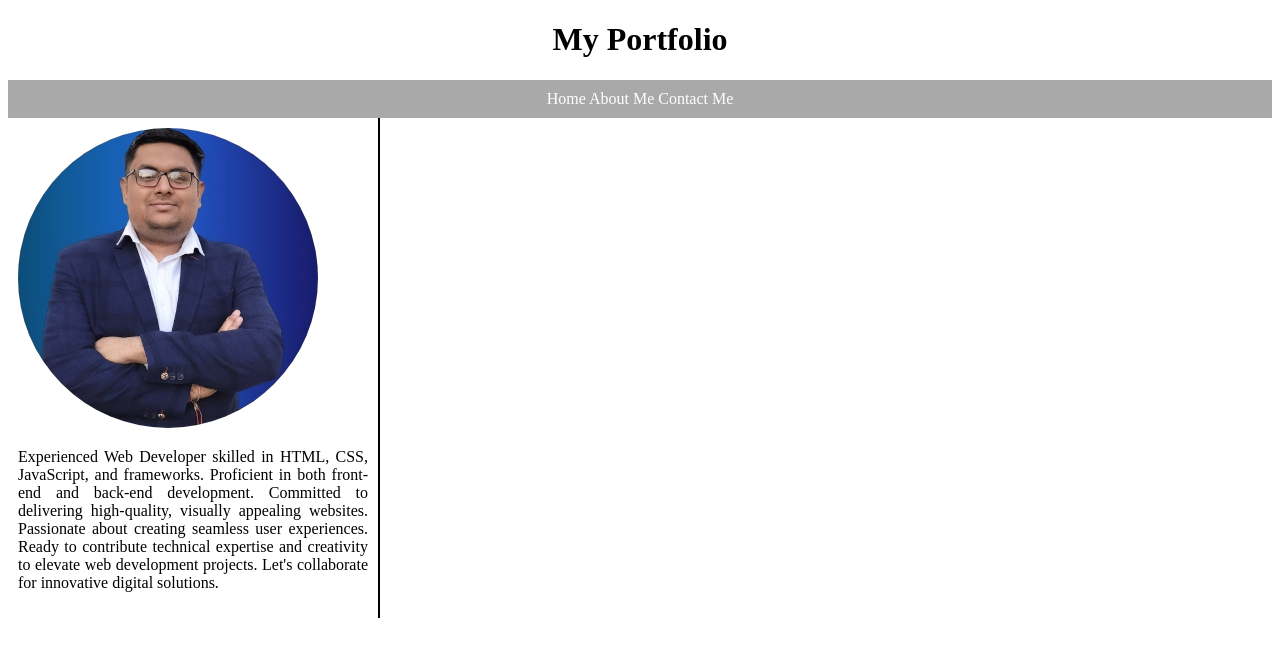
Repository: harshitanthal1/my_portfolio
Page: index.html
An editor plug-in stored every save of this project. The page is shown before and after the next save, followed by the edit.
The browser window is 1280 px wide. The pictures show the whole page.

Above is the page before, as saved 2024-02-04 10:23:40.

### index.html
<!DOCTYPE html>
<html lang="en">
<head>
    <meta charset="UTF-8">
    <meta name="viewport" content="width=device-width, initial-scale=1.0">
    <title>My Portfolio</title>
    <link rel="stylesheet" href="styles/styles.css" />
</head>
<body>
    <header><h1>My Portfolio</h1></header>
    <nav>
        <a href="index.html" target="_blank">Home</a></li>
        <a href="aboutme.html" target="_blank" >About Me</a></li>
        <a href="contactme.html" target="_blank" >Contact Me</a></li>
    </nav>
    <div id="profile">
        <img src="images/my_pic.jpg" width="300px" alt="Avatar" />
        <p>
            Experienced Web Developer skilled in HTML, CSS, JavaScript, and frameworks. Proficient in both front-end and back-end development. Committed to delivering high-quality, visually appealing websites. Passionate about creating seamless user experiences. Ready to contribute technical expertise and creativity to elevate web development projects. Let's collaborate for innovative digital solutions.
        </p>
    </div>

</body>
</html>

### styles/styles.css
header {
    text-align: center;
}

nav {
    background-color: darkgrey;
    color: white;
    padding: 10px;
    text-align: center;
}

li {
    display: inline;
    margin-right: 20px;
    margin-left: 20px;
}

a {
    text-decoration: none;
    color: white;
}

main {
    display: flex;
    flex-direction: row;
}

#profile {
    width: 29%;
    margin-right: 1%;;
    padding: 10px;
    width: 350px;
    border-right: 2px solid black;
}

#info {
    display: flex;
    width: 70%;
    justify-content: space-around;
}

.sub-box {
    width: 30%;
    border: 1.5px solid black;
    border-radius: 25px;
    padding: 10px;
}

h3 {
    text-align: center;
    border-bottom: 1.5px solid black;

}

p {
    text-align: justify;
}

img {
    border-radius: 50%;
}

h2 {
    text-align: center;
}

After the next save:
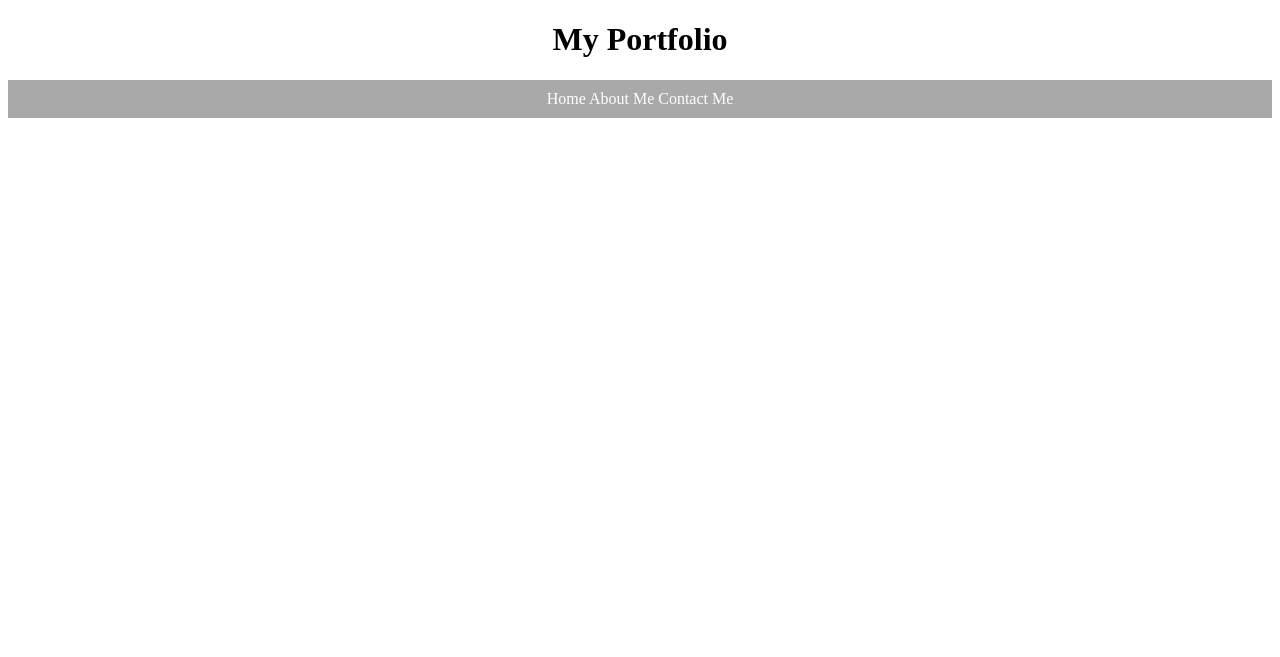
Saved 80 s later.
--- a/index.html
+++ b/index.html
@@ -13,12 +13,5 @@
         <a href="aboutme.html" target="_blank" >About Me</a></li>
         <a href="contactme.html" target="_blank" >Contact Me</a></li>
     </nav>
-    <div id="profile">
-        <img src="images/my_pic.jpg" width="300px" alt="Avatar" />
-        <p>
-            Experienced Web Developer skilled in HTML, CSS, JavaScript, and frameworks. Proficient in both front-end and back-end development. Committed to delivering high-quality, visually appealing websites. Passionate about creating seamless user experiences. Ready to contribute technical expertise and creativity to elevate web development projects. Let's collaborate for innovative digital solutions.
-        </p>
-    </div>
-
 </body>
 </html>
